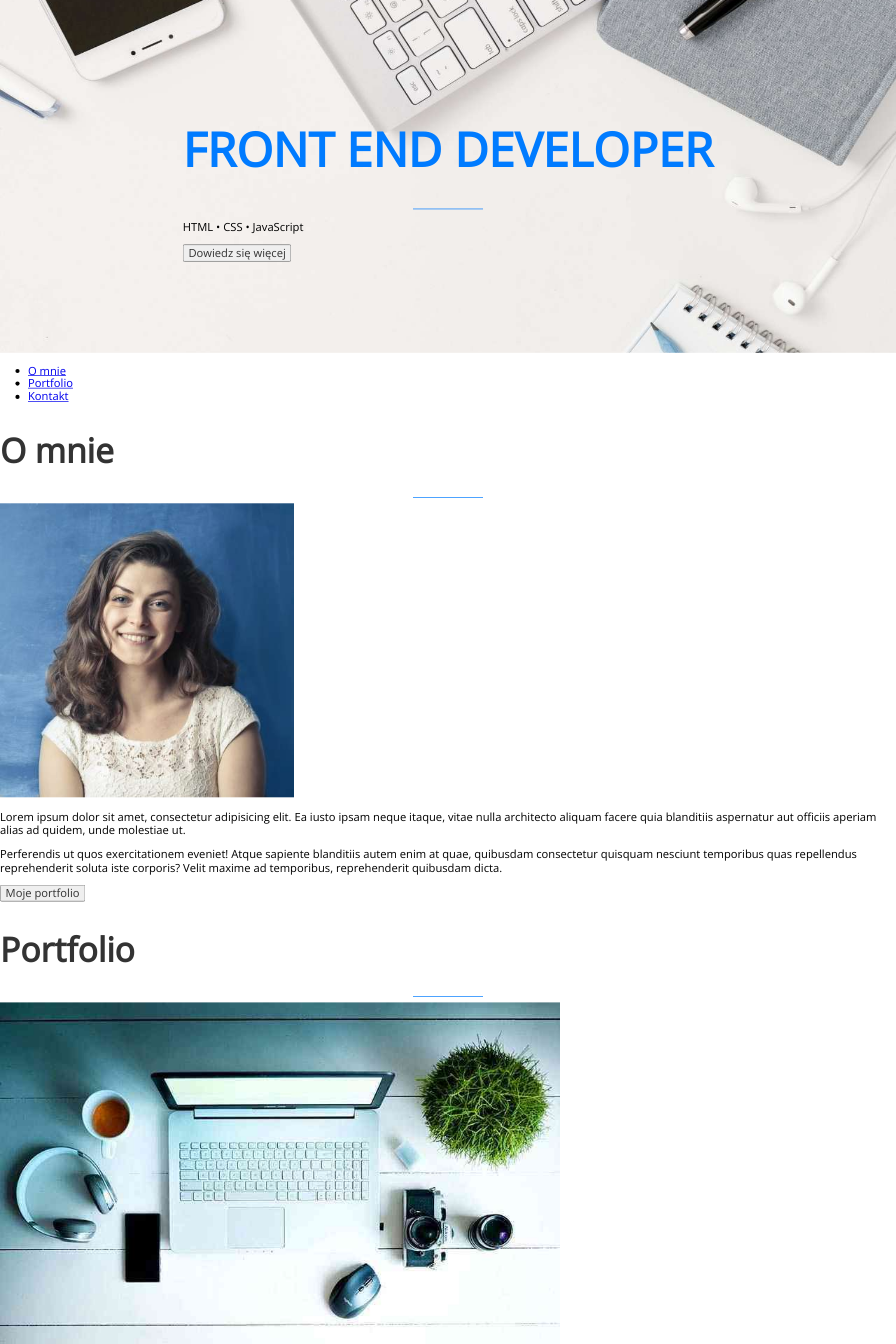
Repository: magdaf41/CSS
Page: zadanie_9/index.html
The author's editor kept a copy of each file at every save. The page is drawn from the files as they stood at one save, then again after the next save.
The browser window is 1280 px wide. The pictures show the part of the page from y = 0 to 1920 px (the page is 7735 px tall), at 70% of full size.

Above is the page before, as saved 2020-08-25 20:55:32.

### zadanie_9/index.html
<!DOCTYPE html>
<html lang="pl">

<head>
    <meta charset="UTF-8">
    <meta name="viewport" content="width=device-width, initial-scale=1.0">
    <title>Portfolio</title>
    <link rel="stylesheet" href="css/normalize.css">

    <link rel="stylesheet" href="https://cdnjs.cloudflare.com/ajax/libs/font-awesome/4.7.0/css/font-awesome.min.css">

    <link href="https://fonts.googleapis.com/css2?family=Open+Sans:wght@300;400&display=swap" rel="stylesheet">

    <link rel="stylesheet" href="css/style.css">
</head>

<body>

    <header id="main-header">
        <div class="header-content">
        <h1>Front end developer</h1>
        <hr>
        <p>HTML &bull; CSS &bull; JavaScript </p>
        <button class="button">Dowiedz się więcej</button>
    </div>
    </header>

    <nav>
        <ul>
            <li class="about"><a href="#about">O mnie </a> </li>
            <li class="portfolio"><a href="#portfolio">Portfolio</a></li>
            <li id="contact"><a href="#contact">Kontakt</a></li>
        </ul>
    </nav>

    <section id="about">
        <h2 class="title">O mnie</h2>
        <hr>
        <img src="img/about.jpg" alt="moje_zdjęcie">
        <p>Lorem ipsum dolor sit amet, consectetur adipisicing elit. Ea iusto ipsam neque itaque, vitae nulla architecto
            aliquam facere quia blanditiis aspernatur aut officiis aperiam alias ad quidem, unde molestiae ut.</p>
        <p>Perferendis ut quos exercitationem eveniet! Atque sapiente blanditiis autem enim at quae, quibusdam
            consectetur quisquam nesciunt temporibus quas repellendus reprehenderit soluta iste corporis? Velit maxime
            ad temporibus, reprehenderit quibusdam dicta.</p>
        <button class="button">Moje portfolio</button>

    </section>

    <section id="portfolio">
        <h2 class="title">Portfolio</h2>
        <hr>
        <img src="img/portfolio/photo-1.jpg" alt="photo-1">
        <img src="img/portfolio/photo-2.jpg" alt="photo-2">
        <img src="img/portfolio/photo-3.jpg" alt="photo-3">
        <img src="img/portfolio/photo-4.jpg" alt="photo-4">
        <img src="img/portfolio/photo-5.jpg" alt="photo-5">
        <img src="img/portfolio/photo-6.jpg" alt="photo-6">
        <img src="img/portfolio/photo-7.jpg" alt="photo-7">
        <img src="img/portfolio/photo-8.jpg" alt="photo-8">
        <img src="img/portfolio/photo-9.jpg" alt="photo-9">
        <img src="img/portfolio/photo-10.jpg" alt="photo-10">
        <img src="img/portfolio/photo-11.jpg" alt="photo-11">
        <img src="img/portfolio/photo-12.jpg" alt="photo-12">
    </section>

    <section id="contact"></section>
    <h2 class="title">Kontakt</h2>
    <hr>
    <form class="form">
        <input type="text" name="name" id="name" placeholder="Imię">
        <input type="email" name="email" id="email" placeholder="Email">
        <textarea name="message" id="message" placeholder="Wiadomość"></textarea>
        <button type="submit" class="button">Wyślij wiadomość</button>
    </form>

    <a href="#" class="fa fa-facebook"></a>
    <a href="#" class="fa fa-twitter"></a>

    <footer>
        <p>Copyright&copy; Magdalena Falkowska-Legieć
        <p></p>
    </footer>

</body>

</html>

### zadanie_9/css/style.css
* {
    box-sizing: border-box;
}

body {
    font-family: 'Open Sans', sans-serif;
}

/* Header style */

#main-header {
    height: 70vh;
    background-image: url(../img/header.jpg);
    background-size: cover;
    background-position: center;
    background-repeat: no-repeat;
    display: flex;
    align-items: center;
    justify-content: center;
}

hr {
    background-color:#007bff;
    width: 100px;
    height: 1px;
    border: none;
    padding: 0%;
}

h1 {
    font-size: 4.2em;
    color: #007bff;
    text-transform: uppercase;

}

#header {
    color: #333;
}

.button {
    color: #333;
}

.skills {
    font-size: 1.3em;
}

.menu {
    font-size: 1.9em;
}

.title {
    font-size: 3em;
    color: #333;
}

Loaded but not shown: zadanie_9/css/normalize.css (library)

After the next save:
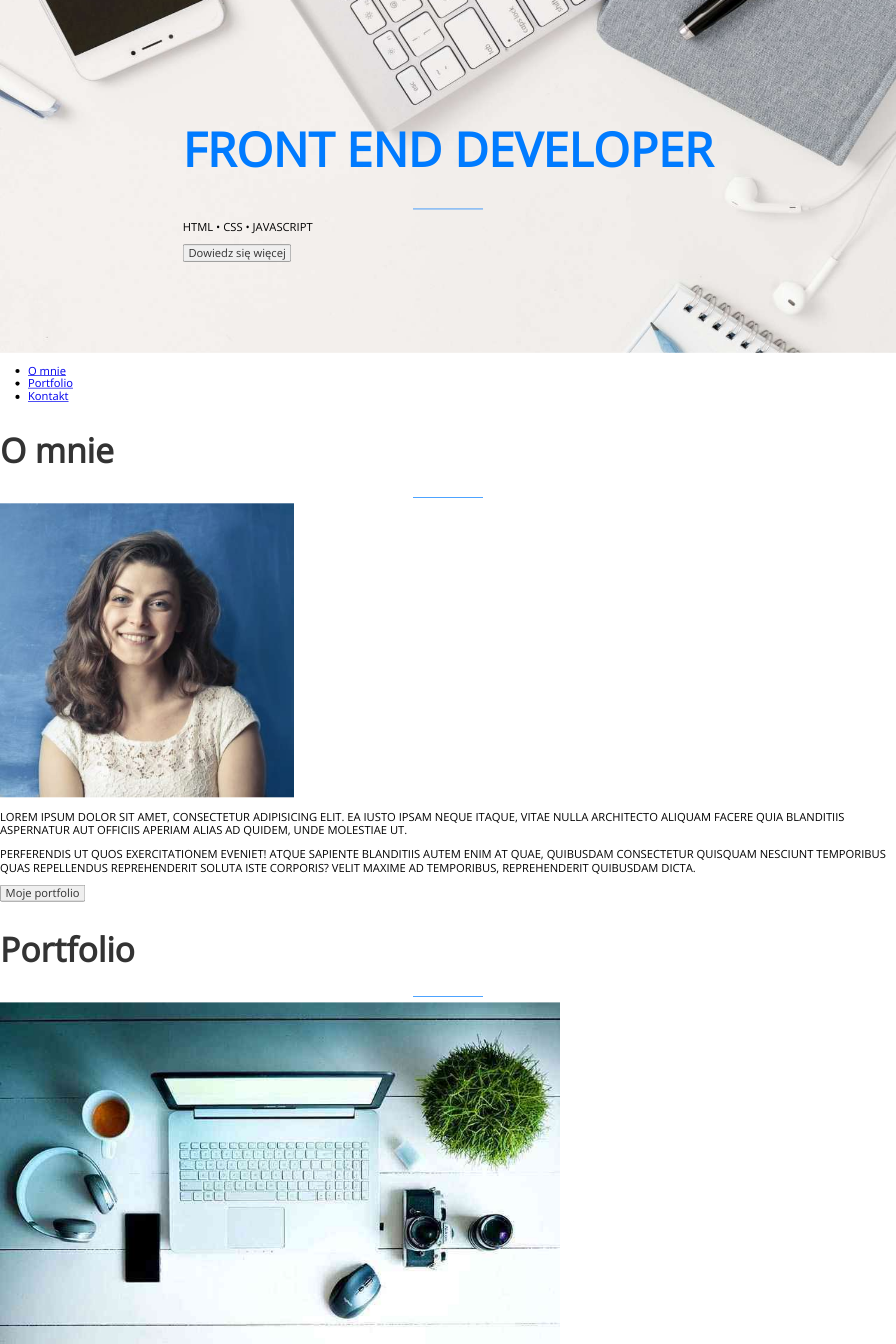
Saved 65 s later.
--- a/zadanie_9/css/style.css
+++ b/zadanie_9/css/style.css
@@ -31,7 +31,9 @@
     font-size: 4.2em;
     color: #007bff;
     text-transform: uppercase;
-
+}
+p {
+    text-transform: uppercase;
 }
 
 #header {

After the save that followed:
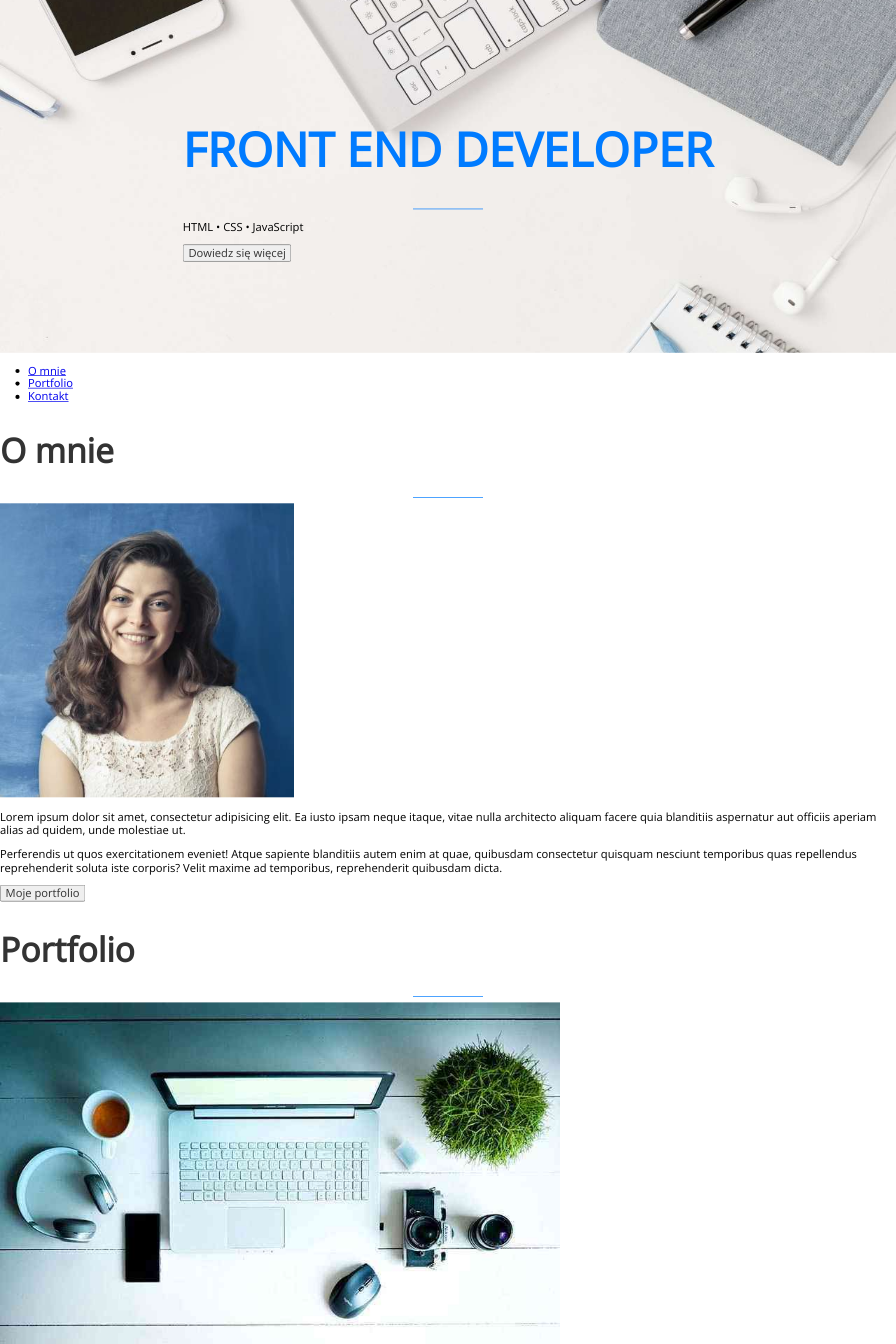
Saved 29 s later.
--- a/zadanie_9/css/style.css
+++ b/zadanie_9/css/style.css
@@ -33,7 +33,7 @@
     text-transform: uppercase;
 }
 p {
-    text-transform: uppercase;
+    /* text-transform: uppercase; */
 }
 
 #header {
